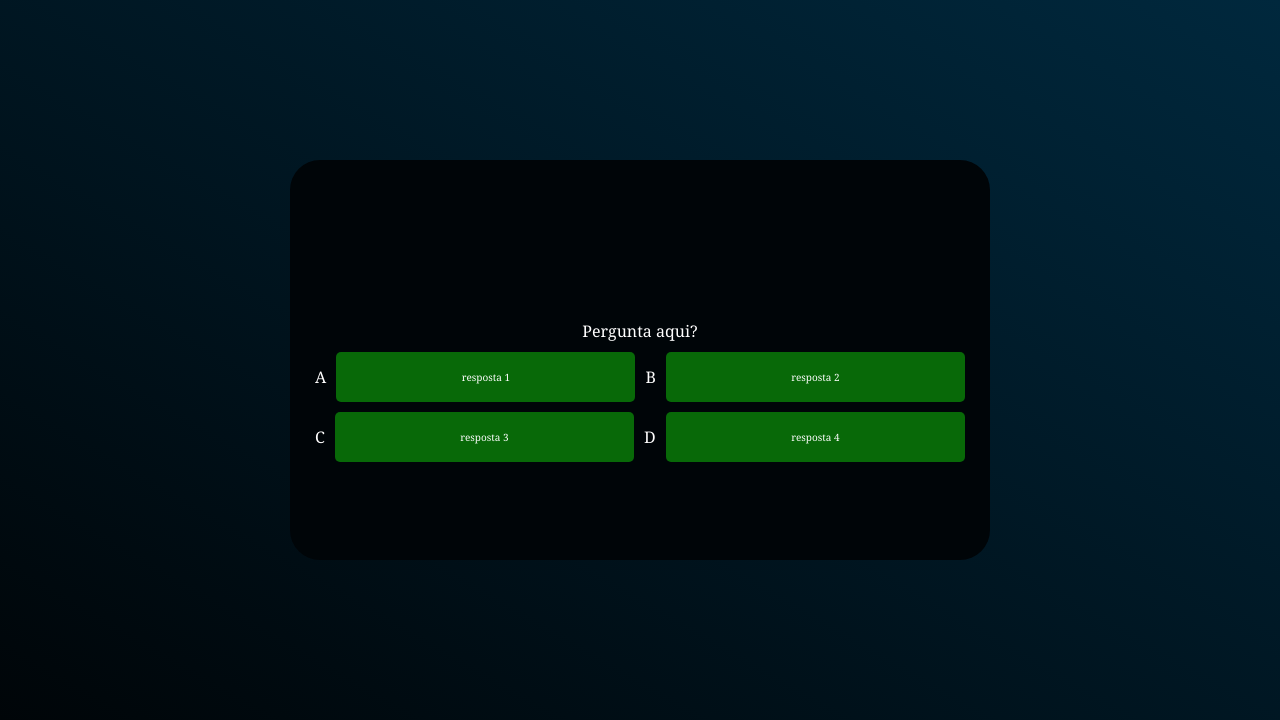
Repository: LaisSilvaO/Projeto-Quizz
Page: telas/index.html
These files come from the project's save history. The page is drawn as it stood at one moment and after the next save; the edit follows.
The browser window is 1280 px wide. The pictures show the whole page.

Above is the page before, as saved 2024-12-26 11:38:50.

After the next save:
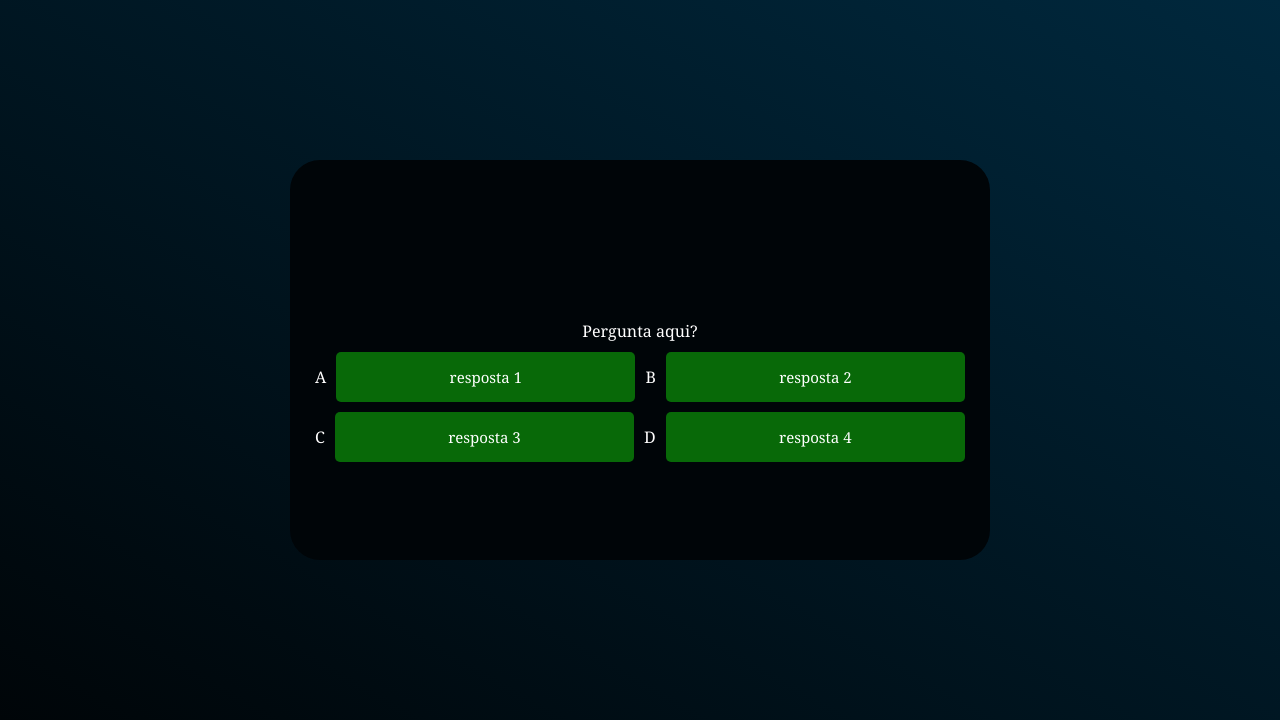
Saved 9 s later.
--- a/img/tela.css
+++ b/img/tela.css
@@ -146,7 +146,7 @@ h4 {
 .resposta button {
   width: 500px; /* Aumentado */
   height: 50px; /* Aumentado */
-  font-size: 10px; /* Para melhorar a legibilidade */
+  font-size: 15px; /* Para melhorar a legibilidade */
 }
 
 
